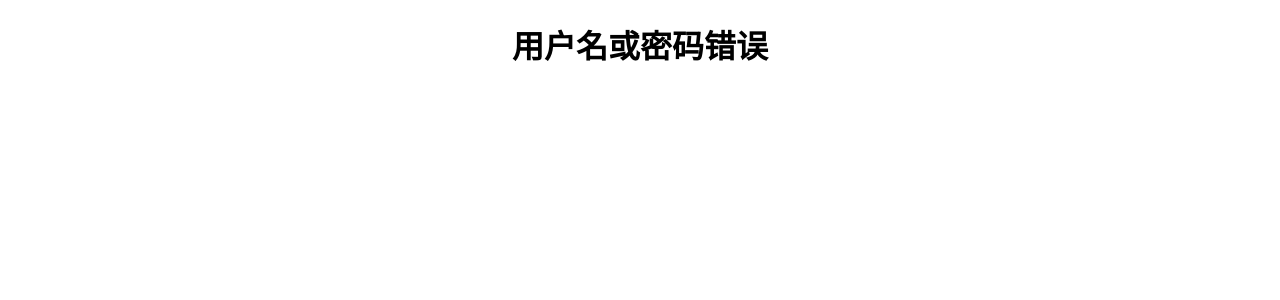
Repository: shunchensaber/Javaweb
Page: Web/WebContent/error.html
An editor plug-in stored every save of this project. The page is shown before and after the next save, followed by the edit.
The browser window is 1280 px wide. The pictures show the whole page.

Above is the page before, as saved 2019-04-01 09:24:36.

### Web/WebContent/error.html
<!DOCTYPE html>
<html>
<head>
<meta charset="UTF-8">
<title>输入信息有误</title>
</head>
<body>
<h1 align="center">用户名或密码错误</h1>
<a href=""

</body>
</html>

After the next save:
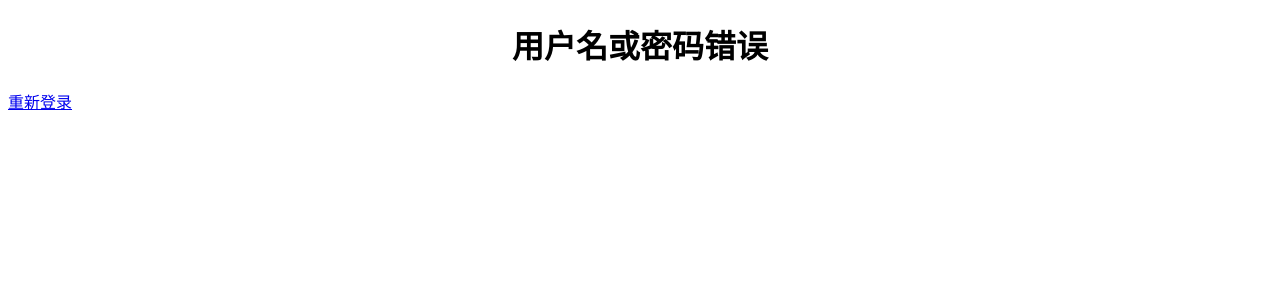
Saved 2 min 13 s later.
--- a/Web/WebContent/error.html
+++ b/Web/WebContent/error.html
@@ -6,7 +6,8 @@
 </head>
 <body>
 <h1 align="center">用户名或密码错误</h1>
-<a href=""
+<a href="http://localhost:8080/Web/MyHomePage.jsp"> <p>重新登录</p>
+</a>
 
 </body>
 </html>
